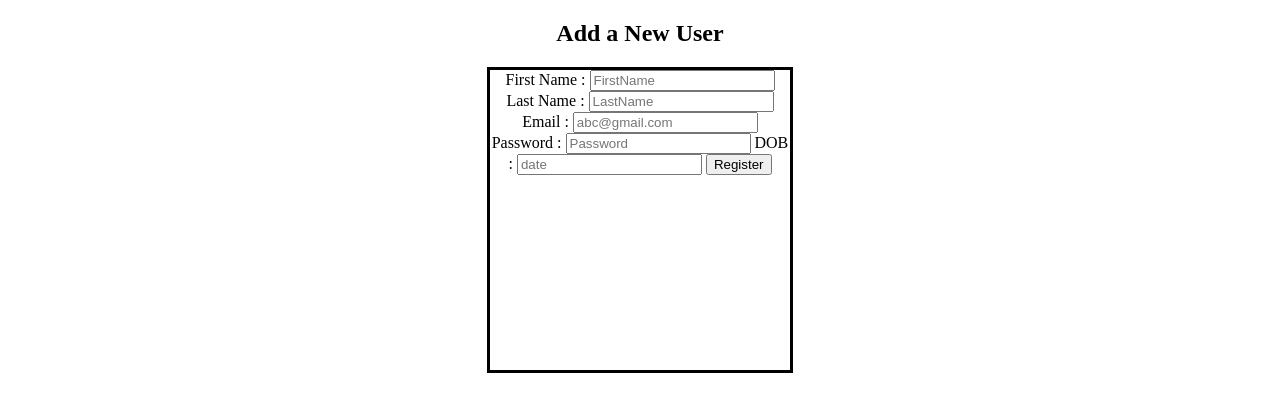
Repository: KD3-86718-yagywalky/Advance-java
Page: http://localhost/Assignment04/newuser.jsp
An editor plug-in stored every save of this project. The page is shown before and after the next save, followed by the edit.
The browser window is 1280 px wide. The pictures show the whole page.
The page is served by Tomcat 9.

Above is the page before, as saved 2024-12-05 13:12:11.

After the next save:
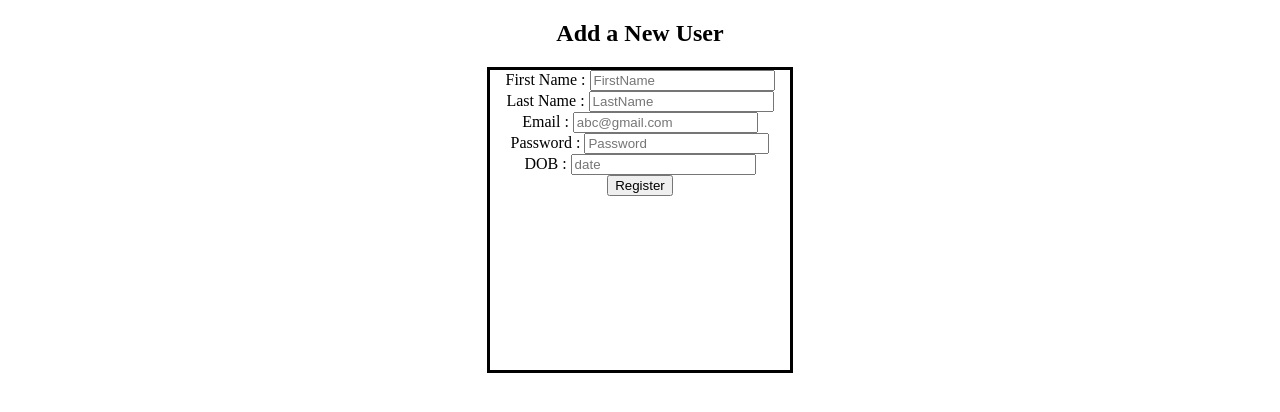
Saved 38 s later.
--- a/Assignment_04/Assignment04/src/main/webapp/newuser.jsp
+++ b/Assignment_04/Assignment04/src/main/webapp/newuser.jsp
@@ -13,12 +13,12 @@
 <div style="height: 300px; width: 300px; border: solid; align-self: center;" >
 
 <form action="register.jsp" method="post">
-First Name : <input type="text" name="fname" placeholder="FirstName">
-Last Name : <input type="text" name="lname" placeholder="LastName">
-Email : <input type="email" name="email" placeholder="abc@gmail.com">
-Password : <input type="password" name="passwd" placeholder="Password">
-DOB : <input type="text" name="date" placeholder="date">
-<input type="submit" value="Register">
+First Name : <input type="text" name="fname" placeholder="FirstName"> <br/>
+Last Name : <input type="text" name="lname" placeholder="LastName"> <br/>
+Email : <input type="email" name="email" placeholder="abc@gmail.com"> <br/>
+Password : <input type="password" name="passwd" placeholder="Password"> <br/>
+DOB : <input type="text" name="date" placeholder="date"> <br/>
+<input type="submit" value="Register"> <br/>
 </form>
 </div>
 
